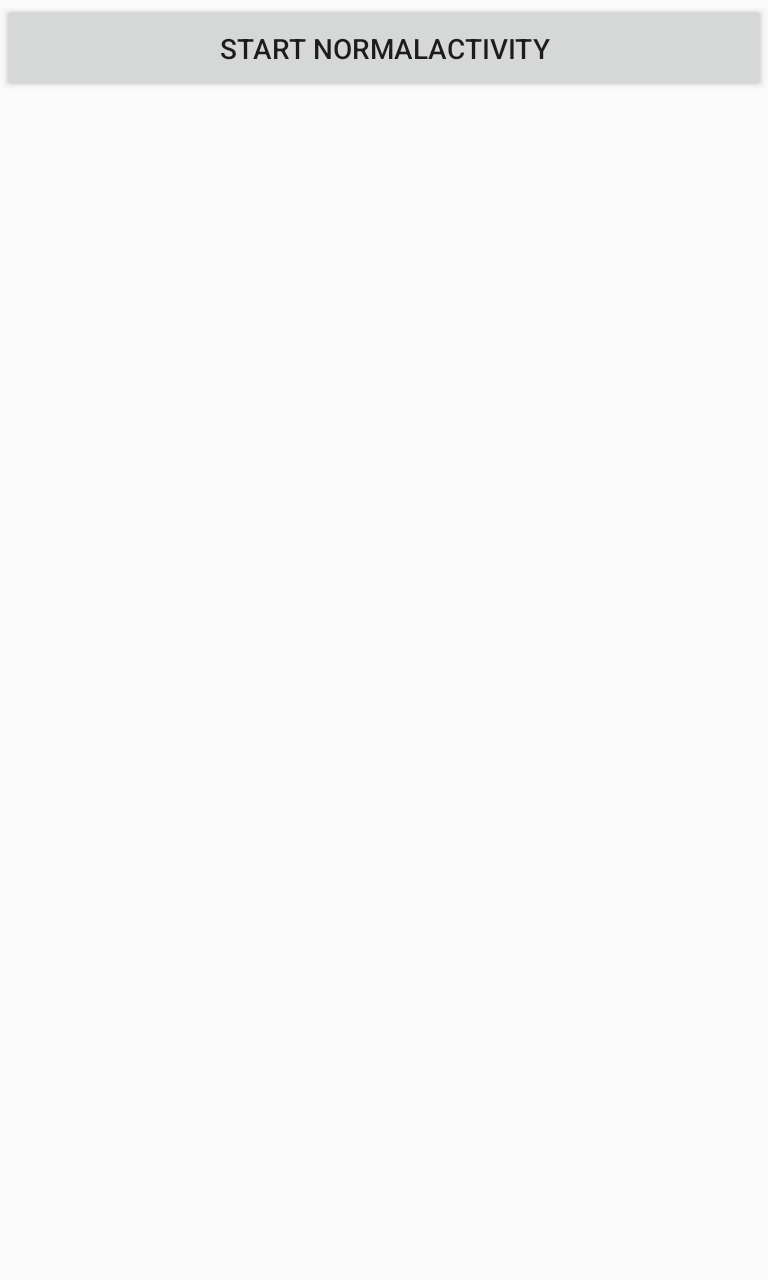
Repository: guyuzhilian/Programs
Layout: Android/ActivityLiftCycleTest/res/layout/activity_main.xml
These files come from the project's save history. The layout is drawn as it stood at one moment and after the next save; the edit follows.
It is drawn on a 768 x 1280 px phone screen (xhdpi) without system bars, with theme AppTheme; the app's code is not run.

Above is the layout before, as saved 2015-06-23 06:22:06.

### Android/ActivityLiftCycleTest/res/layout/activity_main.xml
<LinearLayout xmlns:android="http://schemas.android.com/apk/res/android"
    android:layout_width="match_parent"
    android:layout_height="match_parent" >

    <Button
        android:id="@+id/start_normal_activity"
        android:layout_width="match_parent"
        android:layout_height="wrap_content"
        android:text="Start NormalActivity" />

    <Button
        android:id="@+id/start_dialog_activity"
        android:layout_width="match_parent"
        android:layout_height="wrap_content"
        android:text="start DialogActivity" />

</LinearLayout>

Loaded but not shown: Android/ActivityLiftCycleTest/res/values/styles.xml (common file); Android/ActivityLiftCycleTest/res/values-v11/styles.xml (common file); Android/ActivityLiftCycleTest/res/values-v14/styles.xml (common file)

After the next save:
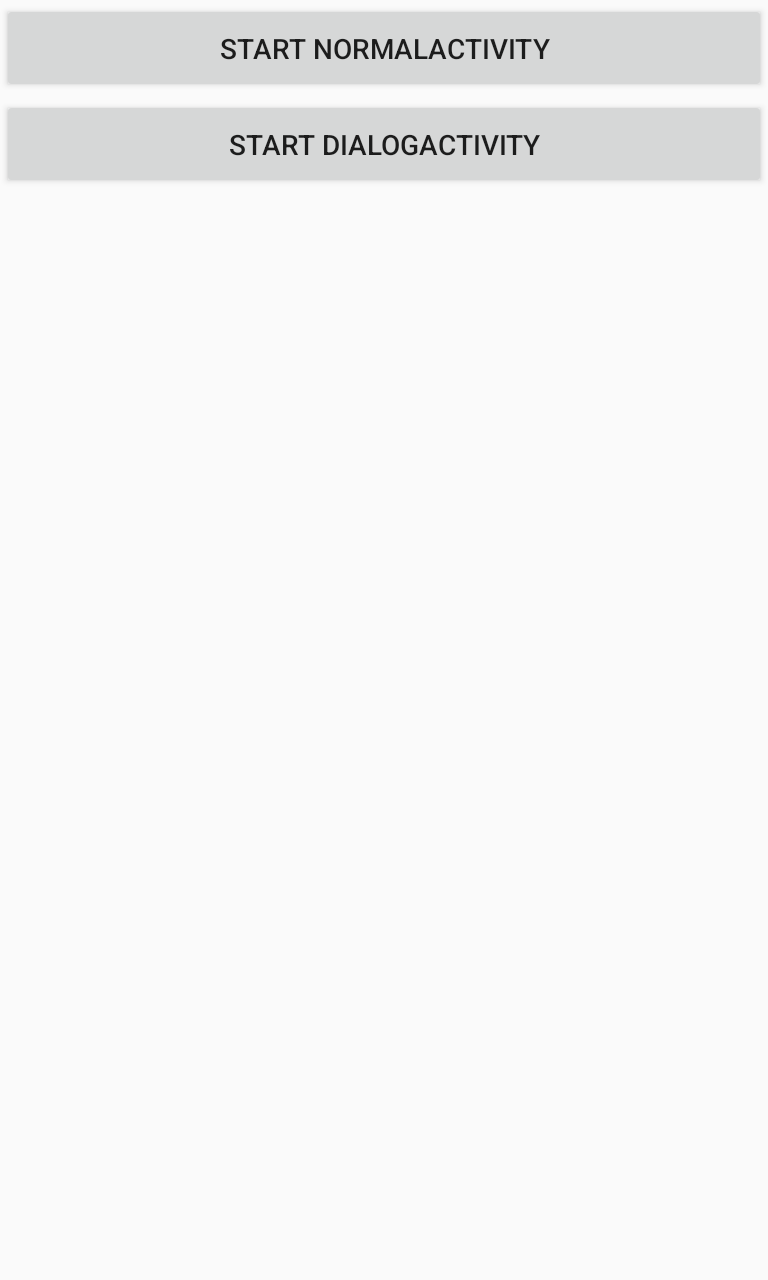
Saved 26 s later.
--- a/Android/ActivityLiftCycleTest/res/layout/activity_main.xml
+++ b/Android/ActivityLiftCycleTest/res/layout/activity_main.xml
@@ -1,6 +1,7 @@
 <LinearLayout xmlns:android="http://schemas.android.com/apk/res/android"
     android:layout_width="match_parent"
-    android:layout_height="match_parent" >
+    android:layout_height="match_parent"
+    android:orientation="vertical" >
 
     <Button
         android:id="@+id/start_normal_activity"
